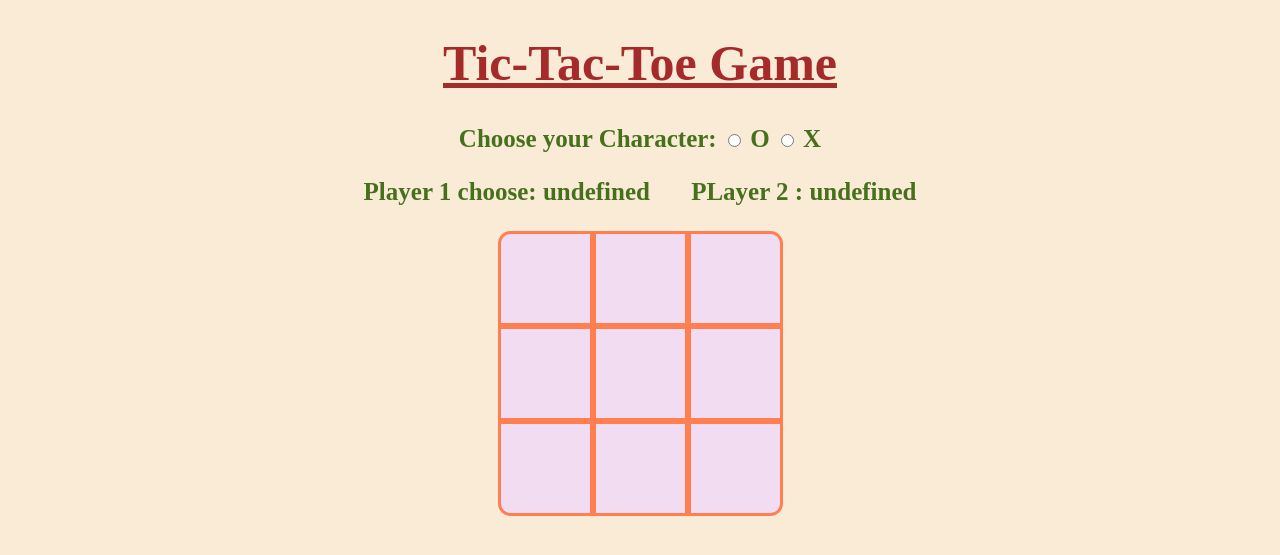
Repository: 0101chaitanya/Tic-Tac-Toe
Page: index.html
An editor plug-in stored every save of this project. The page is shown before and after the next save, followed by the edit.
The browser window is 1280 px wide. The pictures show the whole page.

Above is the page before, as saved 2021-06-12 12:47:04.

### index.html
<!DOCTYPE html>
<html>

<head>
    <meta charset="utf-8">
    <title>Tic-Tac-Toe Game</title>
    <meta name="viewport" content="width=device-width, initial-scale=1">

    <link rel="stylesheet" href="styles.css">
</head>

<body>
    <div id='block1'>
        <h1 id="heading">Tic-Tac-Toe Game</h1>
        <form>
            Choose your Character:
            <input value="O" name="radio" onclick="eventFun.setUser(this)" type="radio">
            <label for="O">O</label>
            <input value="X" name="radio" onclick="eventFun.setUser(this)" type="radio">
            <label for="X">X</label>

        </form>
        <div id="player">
            <span id='1'>Player 1 choose:</span>
            <span id='2'>PLayer 2 :</span>
        </div>
        <form id="gameSquare">
            <section id="row1">
                <div id="r1Column1"></div>
                <div id="rlColumn2"></div>
                <div id="rlColumn3"></div>
            </section>
            <section id="row2">
                <div id="r2Column1"></div>
                <div id="r2Column2"></div>
                <div id="r2Column3"></div>
            </section>
            <section id="row3">
                <div id="r3Column1"></div>
                <div id="r3Column2"></div>
                <div id="r3Column3"></div>
            </section>
        </form>
    </div>
    <div id="ResultBox">
        <span id="closebtn">&times;</span>
        <strong id="resultOut"></strong>
    </div>

</body>
<script type="text/javascript" src="script.js"></script>

</html>

### styles.css
:root {
    text-align: center;
    font-weight: bold;
}

* {
    box-sizing: border-box;
}

@media screen and (max-width: 400px) {
     :root {
        font-size: 14px;
    }
}

@media screen and (min-width: 401px) and (max-width: 700px) {
     :root {
        font-size: 18px;
    }
}

@media screen and (min-width: 701px) {
     :root {
        font-size: 25px;
    }
}

body {
    color: rgb(70, 112, 27);
    background: antiquewhite;
    font-weight: bold;
}

h1 {
    color: brown;
    text-decoration: underline;
    text-decoration-style: solid;
}

label>input {
    color: red;
    border: 1px solid;
}

#player {
    display: block;
    margin: 1rem auto 1rem auto;
}

#player>span {
    margin: auto 0.7rem auto 0.7rem;
}

#gameSquare {
    width: min-content;
    height: min-content;
    display: block;
    margin: auto;
}

#gameSquare>section:nth-child(n) {
    /* border-style: solid;
     */
    width: min-content;
    height: min-content;
    display: flex;
    justify-content: center;
    align-items: center;
}

#gameSquare>section:nth-child(n)>div:nth-child(n) {
    display: flex;
    margin: auto;
    width: 3.8rem;
    height: 3.8rem;
    border-style: solid;
    border-width: 0.15rem;
    justify-content: center;
    align-items: center;
    font-size: 1.8rem;
    color: coral;
    background-color: rgb(241, 220, 241);
}

#gameSquare>section:nth-child(1)>div:nth-child(1) {
    border-top-left-radius: 0.5rem;
}

#gameSquare>section:nth-child(1)>div:nth-child(3) {
    border-top-right-radius: 0.5rem;
}

#gameSquare>section:nth-child(3)>div:nth-child(1) {
    border-bottom-left-radius: 0.5rem;
}

#gameSquare>section:nth-child(3)>div:nth-child(3) {
    border-bottom-right-radius: 0.5rem;
}

#ResultBox {
    height: fit-content;
    width: 13rem;
    display: none;
    margin-left: auto;
    margin-right: auto;
    margin-top: 3rem;
    position: relative;
    top: -12rem;
    border-color: rgb(162, 162, 192);
    background-color: rgb(15, 44, 138);
    color: white;
    opacity: 1;
    transition: opacity 0.6s;
    margin-bottom: 15px;
    border-radius: 1rem;
    padding: 1rem;
    text-align: center;
}

#resultOut {
    color: #f0e0e4;
    font-weight: bold;
}

#closebtn {
    margin-left: 15px;
    color: white;
    font-weight: bold;
    float: right;
    font-size: 22px;
    line-height: 20px;
    cursor: pointer;
    transition: 0.3s;
}

#closebtn:hover {
    color: rgb(38, 170, 82);
}

### script.js
"use strict";

let eventFun = (function() {
    let user1Selection, user2Selection, runningCharacter;
    document.getElementById('1').textContent += ` ` + user1Selection || ' ';
    document.getElementById('2').textContent += ` ` + user2Selection || ' ';

    let runningNumber,
        result;


    function setUser(given) {
        localStorage.setItem("user1Selection", given.value);
        document.querySelector(`form`).submit();
    }

    function init() {
        runningNumber = 0;
        user1Selection = localStorage.getItem("user1Selection");
        user2Selection =
            user1Selection != null ? (user1Selection === "X" ? "O" : "X") : null;
        runningCharacter = user1Selection;

    }


    let array = Array.from(
        document.getElementById("gameSquare").querySelectorAll("div")
    );

    function switchRunChar() {
        runningCharacter = runningCharacter === "O" ? "X" : "O";
        runningNumber = runningNumber === 0 ? 1 : 0;
    }

    function text(i) {
        return array[i].textContent;
    }
    let newArray = Array(array.length).fill();

    function arrayCreator(index, incrementer) {
        return [
            newArray[index],
            newArray[index + incrementer],
            newArray[index + 2 * incrementer],
        ];
    }
    let count = 0;

    let horizontalArray;
    let verticalArray;
    let diagonalArray;

    function parser(arrayInput) {
        let arr = arrayInput.map((item, index) => {
            let res = item.reduce((stack, item) => {
                stack += item;
                return stack;
            });
            return res;
        });
        return arr;
    }

    function send(input) {
        let block1 = document.getElementById('block1');
        block1.style.filter = 'blur(0.5rem)';
        document.getElementById('ResultBox').style.display = 'block';
        document.getElementById('resultOut').textContent = input;
        let close = document.getElementById('closebtn');
        close.onclick = function() {
            localStorage.clear();

            document.getElementById('gameSquare').submit();
            let div = this.parentElement;
            div.style.opacity = '0';
            setTimeout(function() {
                div.style.display = "none";
                block1.style.filter = 'blur(0.0rem)';

            }, 600);
        };

    }

    function check(input) {
        input.forEach((item) => {
            if (item === 3) {
                result = item;
                send("Player 2 won");
            } else if (item === 0) {
                result = item;
                send("Player 1 won");
            }
        });
    }

    function checkWin() {
        horizontalArray = [
            arrayCreator(0, 1),
            arrayCreator(3, 1),
            arrayCreator(6, 1),
        ];
        verticalArray = [
            arrayCreator(0, 3),
            arrayCreator(1, 3),
            arrayCreator(2, 3),
        ];
        diagonalArray = [arrayCreator(0, 4), arrayCreator(2, 2)];

        let horizontalParsed = parser(horizontalArray);
        let verticalParsed = parser(verticalArray);

        let diagonalParsed = parser(diagonalArray);
        check(horizontalParsed);
        check(verticalParsed);
        check(diagonalParsed);

        if (count == 8) {
            console.table(horizontalArray, verticalArray, diagonalArray);
            console.table({
                horizontalParsed: horizontalParsed,
                verticalParsed: verticalParsed,
                diagonalParsed: diagonalParsed,
            });
            console.table(newArray);
            if (result == undefined) {
                send("draw");
            }
        }
    }

    let setOutput = function(e, index) {
        e.target.textContent = runningCharacter;
        e.target.removeEventListener("click", (e) => setOutput(e));
        newArray.splice(index, 1, runningNumber);
        switchRunChar();
        checkWin();

        count++;
    };
    array.forEach((item, index) => {
        item.textContent = "";
        item.addEventListener("click", (e) => setOutput(e, index), { once: true });
    });
    return { result, array, setOutput, setUser, count };
})();

After the next save:
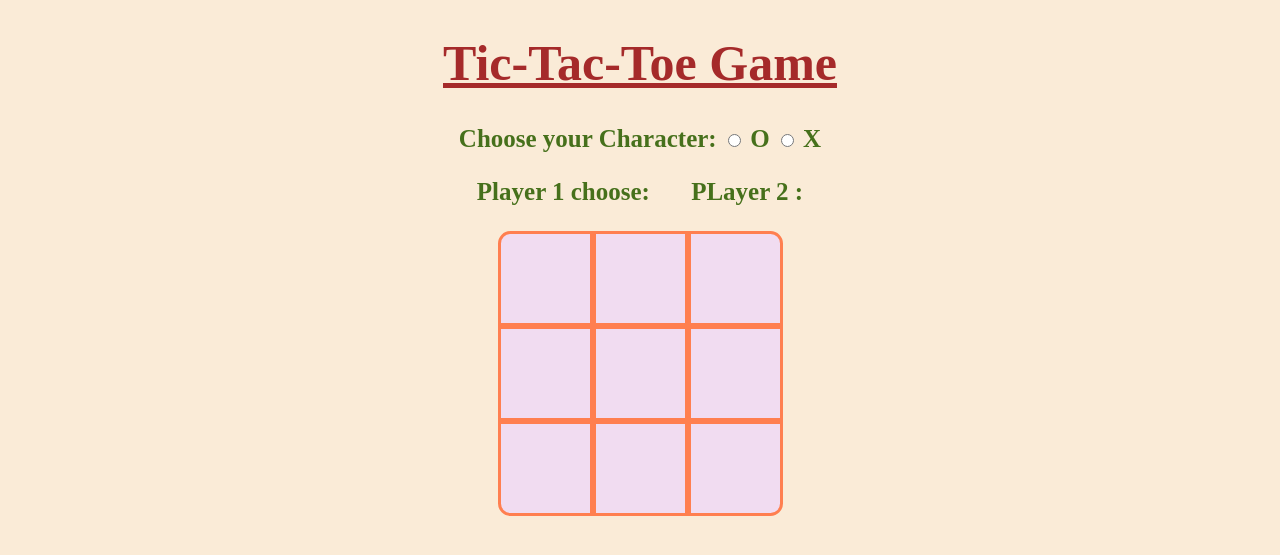
Saved 58 s later.
--- a/script.js
+++ b/script.js
@@ -2,8 +2,8 @@
 
 let eventFun = (function() {
     let user1Selection, user2Selection, runningCharacter;
-    document.getElementById('1').textContent += ` ` + user1Selection || ' ';
-    document.getElementById('2').textContent += ` ` + user2Selection || ' ';
+    document.getElementById('1').textContent += ` `;
+    document.getElementById('2').textContent += ` `;
 
     let runningNumber,
         result;
@@ -20,6 +20,9 @@ let eventFun = (function() {
         user2Selection =
             user1Selection != null ? (user1Selection === "X" ? "O" : "X") : null;
         runningCharacter = user1Selection;
+
+        document.getElementById('1').textContent += ` ` + user1Selection || ' ';
+        document.getElementById('2').textContent += ` ` + user2Selection || ' ';
 
     }
 
